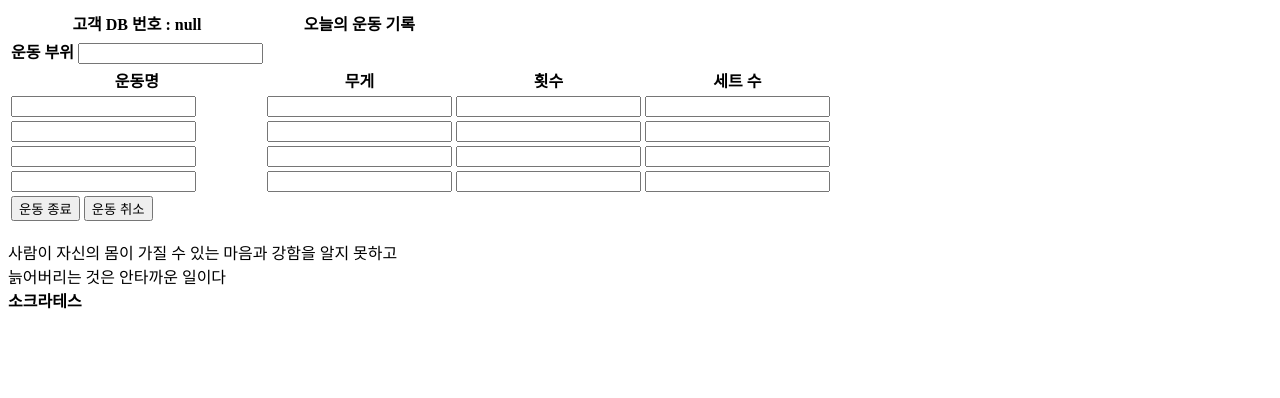
Repository: Up-Min/hrdkorea
Page: http://localhost/jsp_workout/wk_insert.jsp
The author's editor kept a copy of each file at every save. The page is drawn from the files as they stood at one save, then again after the next save.
The browser window is 1280 px wide. The pictures show the whole page.
The page is served by Tomcat 9. Other server files are loaded and not shown.

Above is the page before, as saved 2022-12-28 06:17:39.

### jsp_workout/src/main/webapp/wk_insert.jsp
<%@ page language="java" contentType="text/html; charset=UTF-8"
	pageEncoding="UTF-8"%>
	    <%@ taglib prefix="c" uri="http://java.sun.com/jsp/jstl/core"%>
<!DOCTYPE html>
<html>
<head>
<meta charset="UTF-8">
<title>Insert title here </title>
</head>
<body>
	<% String num = request.getParameter("num"); %>

	<div class="workout">
		<form name="wk_insert" action="insert">
		<div class="day">
			<table>
				<tr>
				<th> 고객 DB 번호 : <%=num %>
				<input type = "hidden" name = "user_number" value = "<%= num %>">
				</th>
				<th> 오늘의 운동 기록</th>
				</tr>
				<tr>
				<th> 운동 부위
				<input type = "text" name = "wk_part" maxlength = "20">
				 </th>
				</tr>
				<tr>
				<th> 운동명 </th>
				<th> 무게 </th>
				<th> 횟수 </th>
				<th> 세트 수 </th>
				</tr>
				<tr>
				<td><input type = "text" name = "ex_name" maxlength = "20"></td>
				<td><input type = "text" name = "ex_weight" maxlength = "20"></td>
				<td><input type = "text" name = "ex_reps" maxlength = "20"></td>
				<td><input type = "text" name = "ex_sets" maxlength = "20"></td>
				</tr>
				<tr>
				<td><input type = "text" name = "ex_name" maxlength = "20"></td>
				<td><input type = "text" name = "ex_weight" maxlength = "20"></td>
				<td><input type = "text" name = "ex_reps" maxlength = "20"></td>
				<td><input type = "text" name = "ex_sets" maxlength = "20"></td>
				</tr>
				<tr>
				<td><input type = "text" name = "ex_name" maxlength = "20"></td>
				<td><input type = "text" name = "ex_weight" maxlength = "20"></td>
				<td><input type = "text" name = "ex_reps" maxlength = "20"></td>
				<td><input type = "text" name = "ex_sets" maxlength = "20"></td>
				</tr>
				<tr>
				<td><input type = "text" name = "ex_name" maxlength = "20"></td>
				<td><input type = "text" name = "ex_weight" maxlength = "20"></td>
				<td><input type = "text" name = "ex_reps" maxlength = "20"></td>
				<td><input type = "text" name = "ex_sets" maxlength = "20"></td>
				</tr>
				<tr>
				 <td colspan="1">
					<button onclick = "chk_form(); return false;"> 운동 종료 </button>
					<button onclick = "chk_cancel(); return false;"> 운동 취소 </button>
				 </td>
				</tr>

			</table>
		</div>
		</form>
		<p> 사람이 자신의 몸이 가질 수 있는 마음과 강함을 알지 못하고 <br>
			늙어버리는 것은 안타까운 일이다 <br>
			<b> 소크라테스 </b>
		</p>

	</div>

	<script type="text/javascript" src = "./script.js"></script>
</body>
</html>

### jsp_workout/src/main/webapp/script.js

function signup() {
	let regex = new RegExp('[a-z0-9]+@[a-z]+\.[a-z]{2,3}');
	var f = document.signup_form;
	var p = f.user_pwd.value;
	var p1 = f.user_pwd1.value;
	var i = f.user_id.value;
	var e = f.user_email.value;

	if (i == '') {
		alert("아이디를 입력해 주십시오.");
		i.focus();
		return false;
	}
	if (p == '') {
		alert("비밀번호를 입력해 주십시오.");
		p.focus();
		return false;
	}
	if (p1 == '') {
		alert("비밀번호 확인을 입력해 주십시오.");
		p1.focus();
		return false;
	}
	if (e == '') {
		alert("이메일 주소를 입력해 주십시오.");
		e.focus();
		return false;
	}

	if (p != p1) {
		alert("비밀번호가 일치하지 않습니다. 다시 확인해주세요.");
		p.focus();
		return false;
	} else if (regex.test(e) == false) {
		alert("올바른 이메일 형식이 아닙니다. 다시 확인해주세요.");
		e.focus();
		return false;
	} else {
		alert("회원가입이 완료 되었습니다.");
		f.submit();
	}
}

/*function pwdchk(){
	var f = document.signup_form;
	var p = f.user_pwd.value;
	var p1 = f.user_pwd1.value;



	if(p != p1){
		alert("비밀번호가 일치하지 않습니다. 다시 확인해주세요.")
	}else if(p = p1){
		alert("비밀번호가 일치합니다!")
	}
}*/

function chkpwd2() {
	var f = document.signup_form;
	var p = f.user_pwd.value;
	var p1 = f.user_pwd1.value;
	var r1 = document.getElementById("label_pwd1");
	var r2 = document.getElementById("label_pwd2");

	r1.style.display = 'none';
	r2.style.display = 'none';

	if (p != p1) {
		r1.style.display = 'none';
		r2.style.display = 'block';
	} else if (p == p1) {
		r1.style.display = 'block';
		r2.style.display = 'none';
	}
}

function chkEmail() {
	let regex = new RegExp('[a-z0-9]+@[a-z]+\.[a-z]{2,3}');
	var f = document.signup_form;
	var e = f.user_email.value;
	var e2 = document.getElementById("label_email");
	var e3 = document.getElementById("label_email1");

	e2.style.display = 'none';
	e3.style.display = 'none';

	if (regex.test(e) == false) {
		e2.style.display = 'block';
	}else if (regex.test(e) == true){
		e2.style.display = 'none';
		e3.style.display = 'block';
	}
}


function insert() {
	alert("운동 기록이 완료 되었습니다.");
	submit();
}

function chk_delete() {
	const result = confirm("정말 삭제하시겠습니까?");
	if (result) {
		alert("삭제가 완료 되었습니다.");
		submit();
	}
	return false;
}

function chk_cancel(user_id, user_pwd) {
	var result = confirm("하시던 운동을 취소하시겠습니까?");
	if (result) {
		alert("초기 화면으로 돌아갑니다.");
		location.href = "/jsp_workout/signin?user_id=" + user_id + "&user_pwd=" + user_pwd;
	} else {
		return false;
	}
}

function update() {
	var f = document.editForm;
	var n = f.ex_name.value;
	var w = f.ex_weight.value;
	var r = f.ex_reps.value;
	var s = f.ex_sets.value;

	if (n == '') {
		alert("수정할 운동 이름을 입력해 주십시오.");
		n.focus();
		return false;
	}
	if (w == '') {
		alert("수정할 운동 무게를 입력해 주십시오.");
		w.focus();
		return false;
	}
	if (r == '') {
		alert("수정할 운동 횟수를 입력해 주십시오.");
		r.focus();
		return false;
	}
	if (s == '') {
		alert("수정할 운동 세트를 입력해 주십시오.");
		s.focus();
		return false;
	}

	alert("수정이 완료 되었습니다.");
	submit();
}


function logout() {
	alert("로그아웃이 완료 되었습니다!");
	location.href = "/jsp_workout/";
}

After the next save:
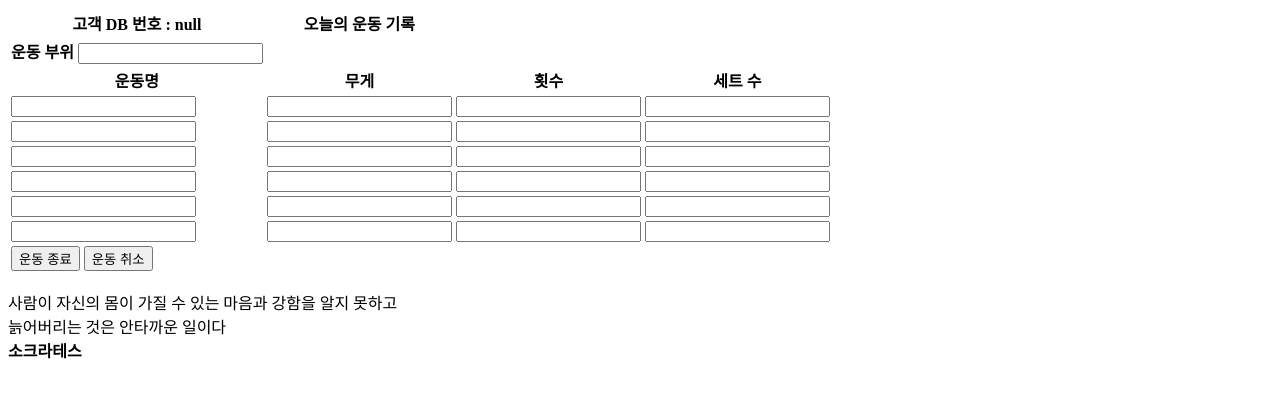
Saved 36 min 3 s later.
--- a/jsp_workout/src/main/webapp/wk_insert.jsp
+++ b/jsp_workout/src/main/webapp/wk_insert.jsp
@@ -56,6 +56,18 @@
 				<td><input type = "text" name = "ex_sets" maxlength = "20"></td>
 				</tr>
 				<tr>
+				<td><input type = "text" name = "ex_name" maxlength = "20"></td>
+				<td><input type = "text" name = "ex_weight" maxlength = "20"></td>
+				<td><input type = "text" name = "ex_reps" maxlength = "20"></td>
+				<td><input type = "text" name = "ex_sets" maxlength = "20"></td>
+				</tr>
+				<tr>
+				<td><input type = "text" name = "ex_name" maxlength = "20"></td>
+				<td><input type = "text" name = "ex_weight" maxlength = "20"></td>
+				<td><input type = "text" name = "ex_reps" maxlength = "20"></td>
+				<td><input type = "text" name = "ex_sets" maxlength = "20"></td>
+				</tr>
+				<tr>
 				 <td colspan="1">
 					<button onclick = "chk_form(); return false;"> 운동 종료 </button>
 					<button onclick = "chk_cancel(); return false;"> 운동 취소 </button>
